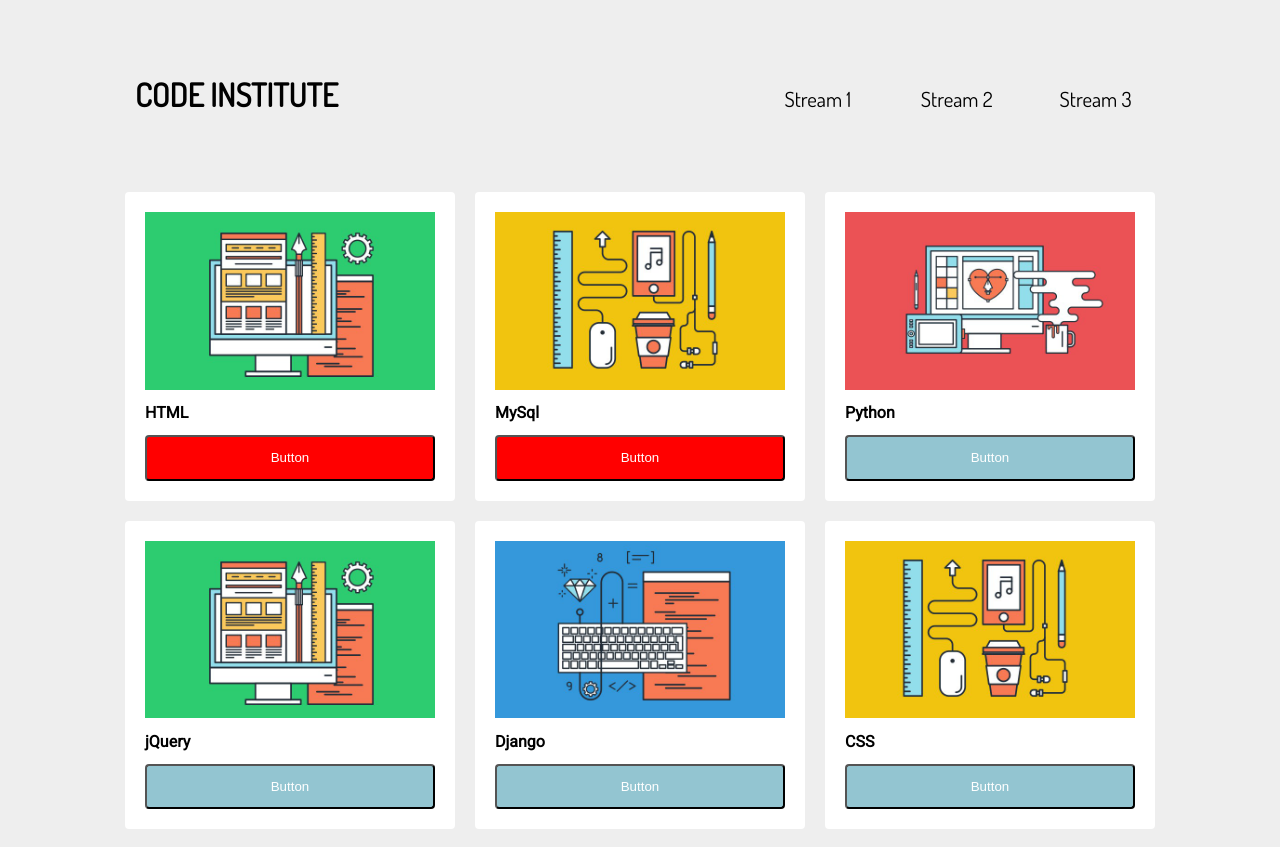
Repository: hidayatmansuri/jQueryEvents
Page: Cards-jquery.html
The author's editor kept a record of every edit. The page is drawn from the files as they stood at one moment, then again after the next edit.
The browser window is 1280 px wide. The pictures show the whole page.
Some web libraries are served in a nearby version.

Above is the page before.

After the next edit:
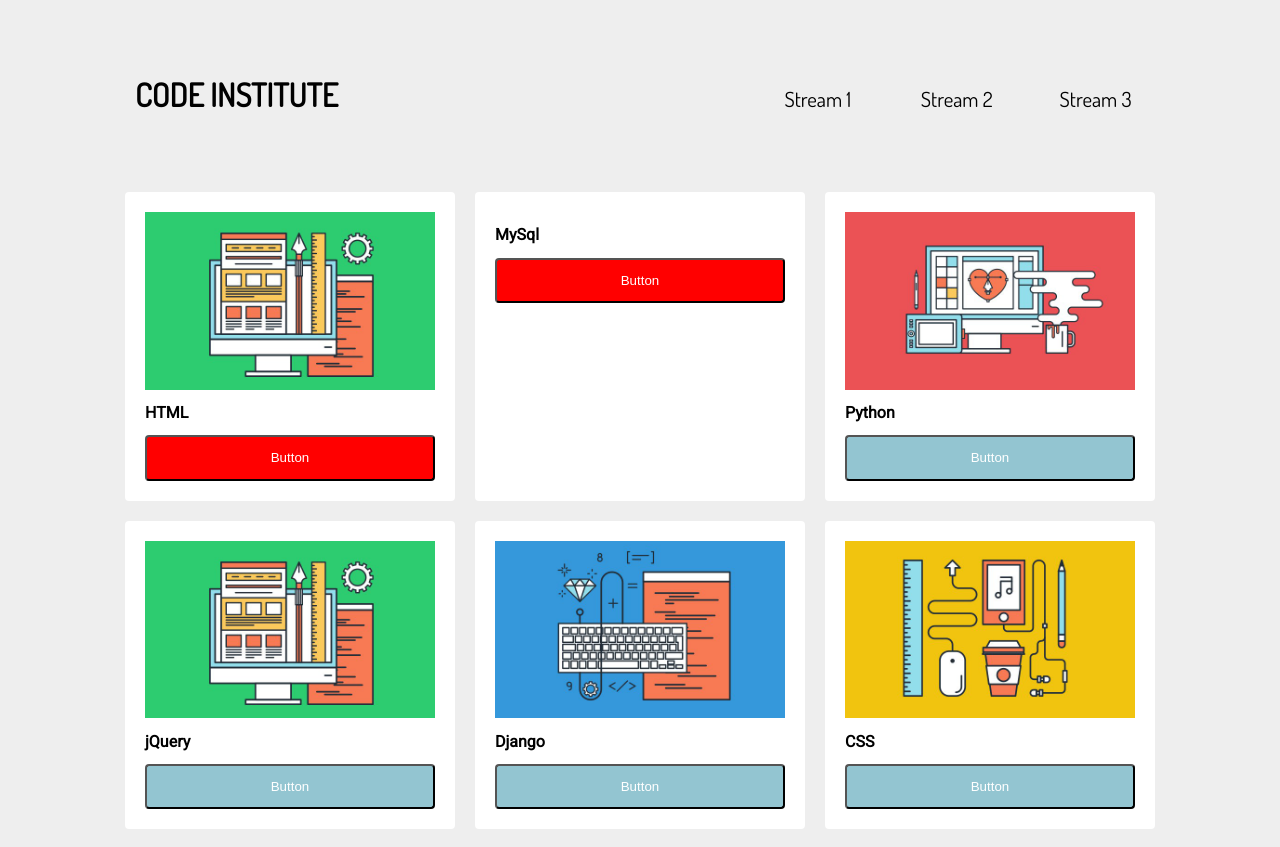
The edit:
--- a/Cards-jquery.html
+++ b/Cards-jquery.html
@@ -28,7 +28,7 @@
 			</div>
 		</div>
 		<div class="card stream3">
-			<img class="card_image "src="img/1.png">
+			<img class="card_image" "src="img/1.png">
 			<h2  id="hr_mysql"class="card_head">MySql</h2>
 			<p class="card_para">If you have <a href="#">questions</a> about your career in coding or simply want to meet the Code Institute team, then come along to our next Careers Open <a href="#">Evening</a> in Dublin</p>
 			<button id="btn1" class="bottom_button makeRed">Button</button>

After the 2 edits that followed:
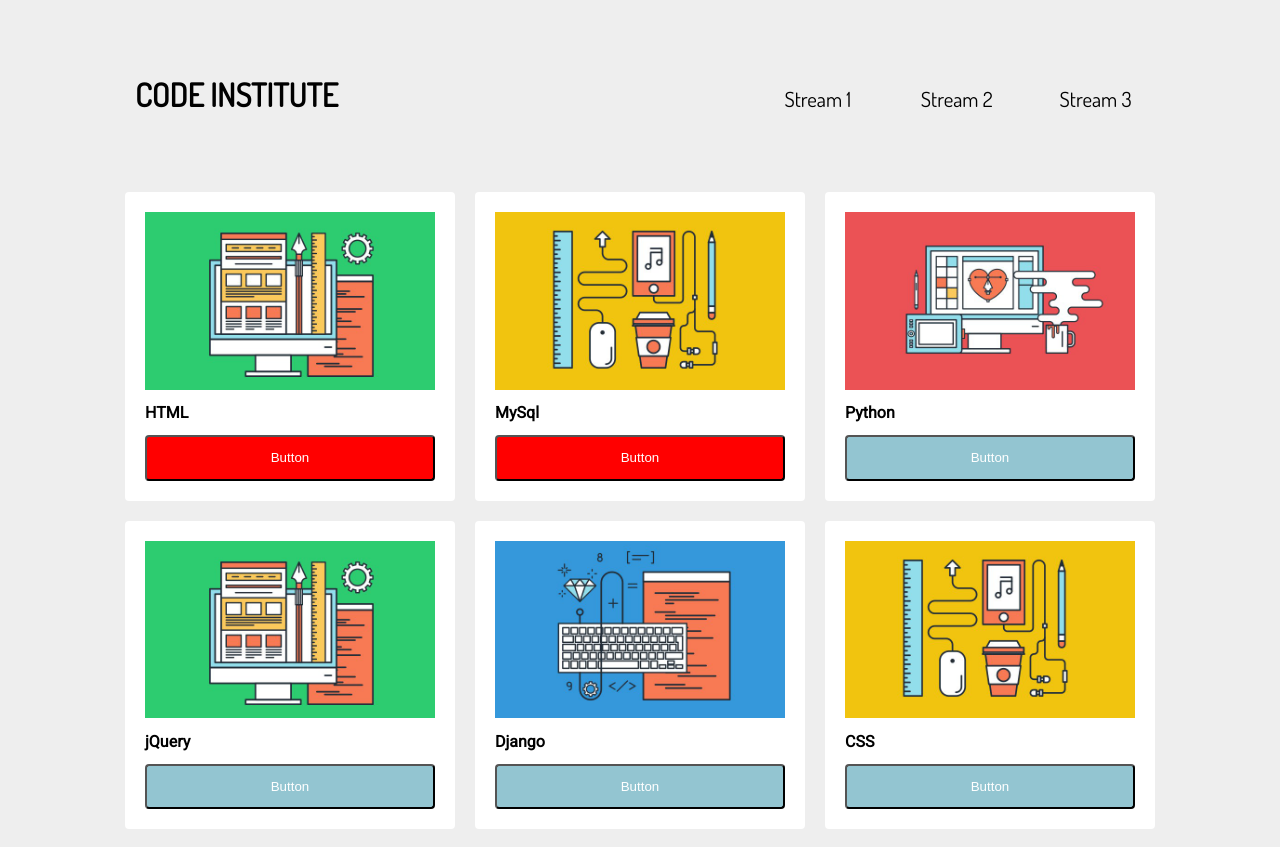
The 2 edits are shown as one change because 1 left the picture as it was.
The edit:
--- a/Cards-jquery.html
+++ b/Cards-jquery.html
@@ -28,14 +28,14 @@
 			</div>
 		</div>
 		<div class="card stream3">
-			<img class="card_image" "src="img/1.png">
+			<img class="card_image" src="img/1.png">
 			<h2  id="hr_mysql"class="card_head">MySql</h2>
 			<p class="card_para">If you have <a href="#">questions</a> about your career in coding or simply want to meet the Code Institute team, then come along to our next Careers Open <a href="#">Evening</a> in Dublin</p>
 			<button id="btn1" class="bottom_button makeRed">Button</button>
 		</div>
 
 		<div class="card stream2">
-			<img class="card_image "src="img/2.png">
+			<img class="card_image" src="img/2.png">
 			<h2 id="hr_python" class="card_head">Python</h2>
 			<p class="card_para">If you have questions about your career in coding or simply want to meet the Code Institute team, then come along to our next Careers Open Evening in Dublin</p>
 			<button id="btn2" class="bottom_button">Button</button>
